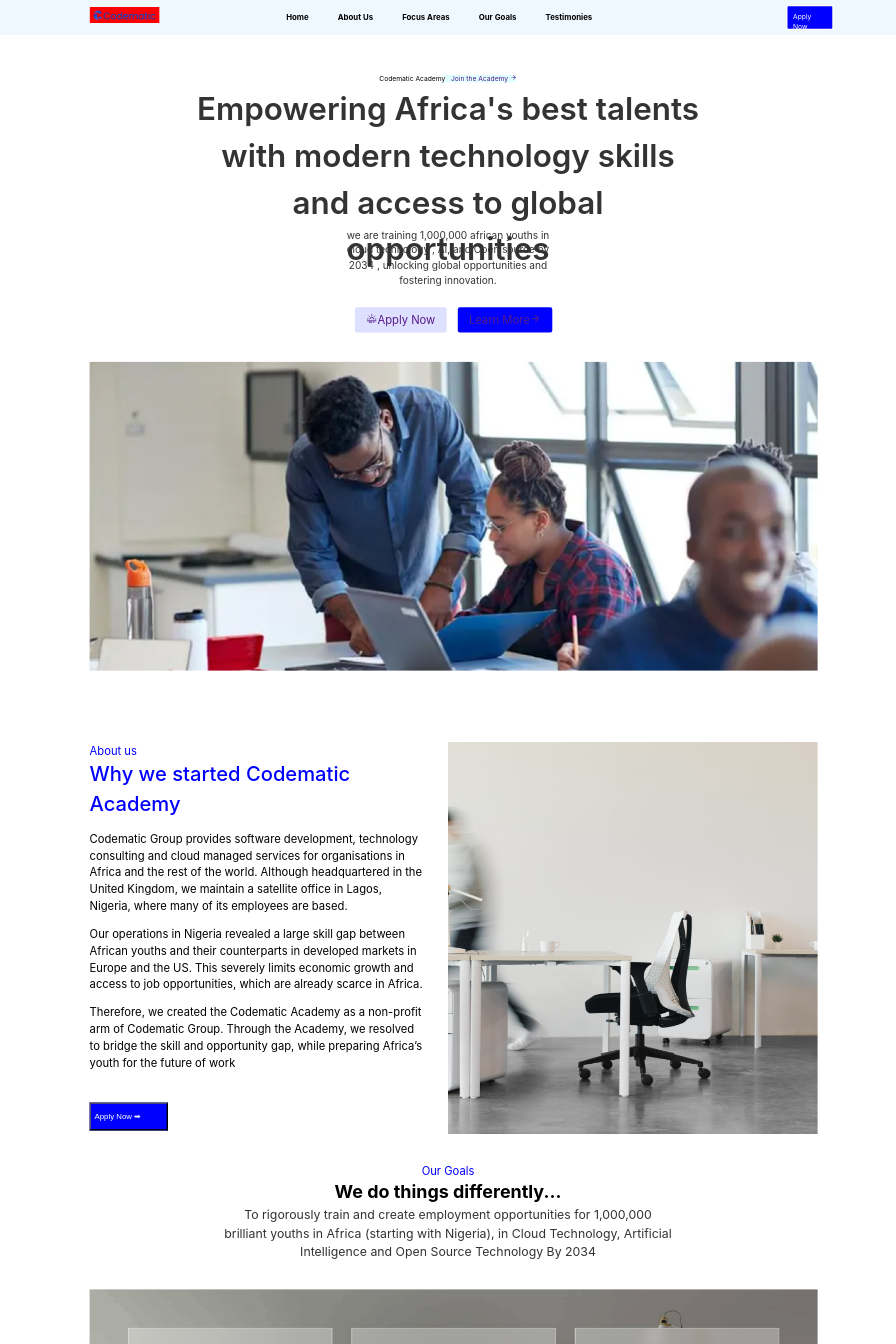
Repository: Gabriel221-dev/Codematic-page
Page: /
These files come from the project's save history. The page is drawn as it stood at one moment and after the next save; the edit follows.
The browser window is 1280 px wide. The pictures show the part of the page from y = 0 to 1920 px (the page is 4814 px tall before and 4790 px after), at 70% of full size.
The project was rebuilt for these pictures with package versions that can differ from the ones it lists, and the page was loaded fresh each time. Also part of the build but not shown: vite.config.js, src/App.css.

Above is the page before, as saved 2024-07-31 06:39:44.

### src/App.jsx
import "./App.css";
import Home from "./pages/home";
import Header from "./components/Header";
import Footer from "./components/Footer";
import { BrowserRouter as Router, Route, Routes } from "react-router-dom";
import "./styles/global.css";

const App = () => {
  return (
    <Router>
      <Header />
      <main>
        <Routes>
          <Route path="/" element={<Home />} />
        </Routes>
      </main>
      <Footer />
    </Router>
  );
};

export default App;

### src/index.css
:root {
  font-family: Inter, system-ui, Avenir, Helvetica, Arial, sans-serif;
  line-height: 1.5;
  font-weight: 400;

  /* color-scheme: light dark;
  background-color: #242424;
  background-color:turquoise; */

}

### src/components/Header.jsx
import { useState } from "react";
import { NavLink } from "react-router-dom";
import { FaBars } from "react-icons/fa";
import Sidebar from "./Sidebar";
import "./Header.css";
import { IconContext } from "react-icons";

const Header = () => {
  const [isSidebarToggled, setSidebarToggled] = useState(false);

  const handleToggle = () => {
    setSidebarToggled((prev) => !prev);
  };

  return (
    <>
      <IconContext.Provider value={{ color: "#fff" }}>
        <header className="header">
          <NavLink className="header__brand" to="/">
            <img
              className="header__logo"
              src="/public/Images/codematic-logo-dark-1536x351.png.png"
              alt="Logo"
              loading="eager"
              width="160"
            />
          </NavLink>
          <nav className="header__nav">
            <ul className="header__navigation">
              <li className="header__link">
                <NavLink
                  className={({ isActive }) =>
                    isActive
                      ? "header__anchor header__anchor--active"
                      : "header__anchor"
                  }
                  to="/"
                >
                  Home
                </NavLink>
              </li>
              <li className="header__link">
                <NavLink
                  className={({ isActive }) =>
                    isActive
                      ? "header__anchor header__anchor--active"
                      : "header__anchor"
                  }
                  to=""
                >
                  About Us
                </NavLink>
              </li>
              <li className="header__link">
                <NavLink
                  className={({ isActive }) =>
                    isActive
                      ? "header__anchor header__anchor--active"
                      : "header__anchor"
                  }
                  to=""
                >
                  Focus Areas
                </NavLink>
              </li>
              <li className="header__link">
                <NavLink
                  className={({ isActive }) =>
                    isActive
                      ? "header__anchor header__anchor--active"
                      : "header__anchor"
                  }
                  to=""
                >
                  Our Goals
                </NavLink>
              </li>
              <li className="header__link">
                <NavLink
                  className={({ isActive }) =>
                    isActive
                      ? "header__anchor header__anchor--active"
                      : "header__anchor"
                  }
                >
                  Testimonies
                </NavLink>
              </li>
            </ul>

            <button
              className="header__menu"
              title="Toggle Menu"
              onClick={handleToggle}
            >
              <FaBars />
            </button>
          </nav>
          <ul className="Btn">
            <NavLink className="header__btn" to="/contact">
              Apply Now
            </NavLink>
          </ul>
          <Sidebar isOpen={isSidebarToggled} onToggle={handleToggle} />
        </header>
      </IconContext.Provider>
    </>
  );
};

export default Header;

### src/components/Footer.jsx
import { Link } from "react-router-dom";
import "./Footer.css";
import { BsTwitterX } from "react-icons/bs";
import { FaLinkedin } from "react-icons/fa6";
import { FaFacebook } from "react-icons/fa";

const Footer = () => {
  return (
    <footer className="footer">
      <div>
        <container className="section-1">
          <div className="section1">
            <img
              className="footer__logo"
              src="/public/Images/codematic-logo-white 2.png"
              alt="Logo"
              loading="lazy"
              width="160"
            />

            <ul className="footer__navigation">
              <li className="footer__link">
                <Link className="link-anchor footer__anchor" to="">
                  About Us
                </Link>
              </li>
              <li className="footer__link">
                <Link className="link-anchor footer__anchor" to="">
                  Contact Us
                </Link>
              </li>
              <li className="footer__link">
                <Link className="link-anchor footer__anchor" to="">
                  Privacy Policy
                </Link>
              </li>
            </ul>
          </div>
        </container>
        <div className="divider"></div>
        <div className="section2">
          <div className="Left">
            <p>© 2024 Codematic. All rights reserved</p>.
          </div>
          <div className="bottom">
            <div className="icon">
              <BsTwitterX />
            </div>
            <div className="icon">
              <FaLinkedin />
            </div>
            <div className="icon">
              <FaFacebook />
            </div>
          </div>
        </div>
      </div>
    </footer>
  );
};

export default Footer;

### src/styles/global.css
* {
    padding: 0;
  }

  body {
    /* line-height: 1.6; */
    color: #333;
    background-color: white;
    padding: 0;
    margin: 0 ;
  }

  section{
    padding: 0 10%;
  }

### src/components/Sidebar.jsx
import PropTypes from "prop-types";
import { useNavigate } from "react-router-dom";
import { AiOutlineClose } from "react-icons/ai";
import "./Sidebar.css";
import { IconContext } from "react-icons";

const Sidebar = ({ isOpen, onToggle }) => {
  const navigate = useNavigate();

  const handleNavigate = (path) => {
    navigate(path);
    onToggle();
  };

  return (
    <IconContext.Provider value={{ color: "#fff" }}>
      <div className={`sidebar ${isOpen ? "sidebar--open" : ""}`}>
        <div className="sidebar__overlay" onClick={onToggle}></div>
        <div className="sidebar__content">
          <div className="sidebar__header">
            <button
              className="sidebar__close"
              title="Close Menu"
              onClick={onToggle}
            >
              <AiOutlineClose />
            </button>
          </div>

          <ul className="sidebar__navigation">
            <li className="sidebar__link">
              <button
                className="sidebar__anchor"
                onClick={() => handleNavigate("/")}
              >
                Home
              </button>
            </li>

            <li className="sidebar__link">
              <button
                className="sidebar__anchor"
                onClick={() => handleNavigate()}
              >
                About Us
              </button>
            </li>
            <li className="sidebar__link">
              <button
                className="sidebar__anchor"
                onClick={() => handleNavigate()}
              >
                Focus Areas
              </button>
            </li>
            <li className="sidebar__link">
              <button
                className="sidebar__anchor"
                onClick={() => handleNavigate()}
              >
                Testimonies
              </button>
            </li>
          </ul>

          <button className="sidebar__btn" onClick={() => handleNavigate()}>
            Apply Now
          </button>
        </div>
      </div>
    </IconContext.Provider>
  );
};

Sidebar.propTypes = {
  isOpen: PropTypes.bool.isRequired,
  onToggle: PropTypes.func.isRequired,
};

export default Sidebar;

### src/components/Header.css
.header {
    background-color:aliceblue;
    height: 1.1rem;
    display: flex;
    /* justify-content: space-between; */
    align-items: center;
    padding: 1rem 7rem;
  }

  @media only screen and (max-width: 850px) {
    .header {
        background-color:black;
      height: 150px;
      /* background-color:red; */
      align-items:left;
    }
  }

  @media only screen and (max-width: 576px) {
    .header {
        background-color:fuchsia;
      height: 50px;
    }
  }

  @media only screen and (max-width: 450px) {
    .header {
        background-color:green;
        height: 75px;
        width: 450px;
    }
  }

  .header__nav {
    align-items: center;
    display: grid;
    grid-template-columns: max-content 1fr max-content;
    align-items: center;
    font-size: .7rem;

    @media only screen and (max-width: 768px) {
      column-gap: 4rem;
    }

    @media only screen and (max-width: 576px) {
        grid-template-columns: repeat(2, 1fr);
        column-gap: 0;
    }
  }

  .header__logo {
    max-width: 100px;
    background-color:red;
    margin-left: 1rem;



    @media only screen and (max-width: 768px) {
      margin-right: 14rem;
      margin-left: -5rem;
    }

    @media only screen and (max-width: 440px) {
        margin-right: 14rem;
        margin-left: -5rem;
        background-color:palegoldenrod;
      }
  }

  .header__navigation {
    margin: 10rem;
    list-style: none;
    display: flex;
    align-items:center;
    /* margin: 0;
    padding: 0; */
    /* text-decoration: none; */
    justify-content: space-between;
    column-gap: -1rem;

    @media only screen and (max-width: 820px) {
      display: none;
    }
  }

  .header__link {
    margin: 1.3rem;
    text-decoration: none;
    display: flex;
    justify-content: space-between;
    /* width: 7rem; */
  }

  /* .header:last-child {
    margin-right: 0;
  } */

  .header__anchor {
    text-decoration: none;
    color: #333;
    font-weight: bold;
    text-align: center;
  }

  .header__anchor:hover{
    text-decoration: none;
  }

  .header__anchor--active {
    color: black;
}

.Btn{
    margin-left: 6rem;
    /* width: 15rem; */
}

  .header__btn {
    display: flex;
    justify-content: flex-end;
    font-size: .6rem;
    background-color: blue;
    border: 2px solid #fff;
    width: 3rem;
    height: 1rem;
    padding: .5rem .5rem .5rem .5rem;
    border-radius:3px;
    color: #fff;
    text-decoration: none;
    cursor: pointer;

    @media only screen and (max-width: 820px) {
      display: none;
    }
  }

  .header__btn:hover{
    background-color:white;
    color:blue;
    text-decoration: none;
    border-radius:16px;
    transform: scale(1.05);
    transition: transform 0.6s ease-in-out, border-bottom 0.6s ease;
  }

  .header__menu {
    display: none;

    @media only screen and (max-width: 820px) {
      display: flex;
      width: 50px;
      height: 28px;
      padding: .1rem;
      border: 0;
      outline: 0;
    }
  }

  .header__menu:hover{
    background:none;
  }

### src/components/Footer.css
.footer {
    background-color: rgb(4, 4, 55);
    padding: 0 0;
    position: relative;
}

.footer__logo {
    display: block;
    margin: 0 auto;
}

.footer__navigation {
    list-style: none;
    font-size: 0.8rem;
    padding: 0;
    display: flex;
    justify-content: center;
    margin: 1rem 0;
}

.footer__link {
    margin: 0 1rem;
}

.footer__anchor {
    text-decoration: none;
    color: white;
}

.section1 {
    text-align: center;
    padding: 2rem 0;
}

.section2 {
    position: relative;
    display: flex;
    justify-content: space-between;
    align-items: flex-end;
    padding: 1rem;
    height: 50px;
}

.footer p{
    color:#D0D5DD;
}


.footer .bottom {
    display: flex;
    gap: 1rem;
    /* padding-left: 1rem; */
    margin-bottom: 2rem;
}

.footer .icon {
    font-size: 1.5rem;
    display: flex;
    color:#D0D5DD;
}

.divider {
    width: 100%;
    border-bottom: 1px solid #000;
    margin: 2rem 0;
}

### src/components/Sidebar.css
.sidebar {
    display: none;
    width: 100%;
    height: 100%;
    position: fixed;
    top: 0;
    left: 0;
    z-index: 100;
    transition: all 0.3s ease;
  }

  .sidebar--open {
    display: grid;
    grid-template-columns: 1fr min-content;
  }

  .sidebar__overlay {
    grid-column: 1 / -1;
    grid-row: 1 / 2;
    background-color: rgba(0, 0, 0, 0.5);
    transition: background-color 0.3s ease;

  }

  .sidebar__content {
    grid-column: 2 / 3;
    grid-row: 1 / 2;
    background-color: #194c4c;
    width: 250px;
    display: grid;
    grid-template-rows: 128px repeat(2, min-content);
    grid-template-columns: 48px 1fr 25px;
    transition: width 0.3s ease;
    transition: width .4s ease;

  }

  .sidebar__header {
    grid-column: 2 / 3;
    justify-self: end;
    align-self: center;
  }

  .sidebar__close {
    background-color:#194c4c ;
    width: 30px;
    border: 0;
    outline: 0;
  }

  .sidebar__close:hover{
    background-color:#194c4c;
  }

  .sidebar__navigation {
    grid-column: 2 / 3;
    list-style: none;
    margin: 0;
    padding: 0;
  }

  .sidebar__link {
    margin-bottom: 2.4rem;
  }

  .sidebar__anchor {
    font-size: 1.1rem;
    color: #fff;
    background: transparent;
    border: none;
    text-decoration: none;
    cursor: pointer;
  }

  .sidebar__anchor:hover{
    background:none;
  }

  .sidebar__btn {
    grid-column: 2 / 3;
    background-color: transparent;
    border: 1px solid #fff;
    color: #fff;
    padding: 0.5rem 1rem;
    text-decoration: none;
    display: inline-block;
    cursor: pointer;
    width: 159px;
  }

  .sidebar__btn:hover{
    background:white;
    color:#194c4c;
    transform: scale(1.05);
    transition: transform 0.3s ease-in-out, border-bottom 0.6s ease;
  }

  .sidebar--open .sidebar__overlay {
    background-color: rgba(0, 0, 0, 0.5);
  }

  .sidebar--open .sidebar__content {
    width: 250px;
  }

  @media (max-width: 768px) {
    .header__menu {
      display: grid;
      background-color: transparent;
      width: 24px;
      border: 0;
      outline: 0;
      justify-self: end;
      align-self: center;
      margin-left: auto;
    }
  }

Loaded but not shown: index.html (common file); src/main.jsx (common file); src/pages/home.jsx (274 lines, source omitted); src/pages/Home.css (550 lines, source omitted)

After the next save:
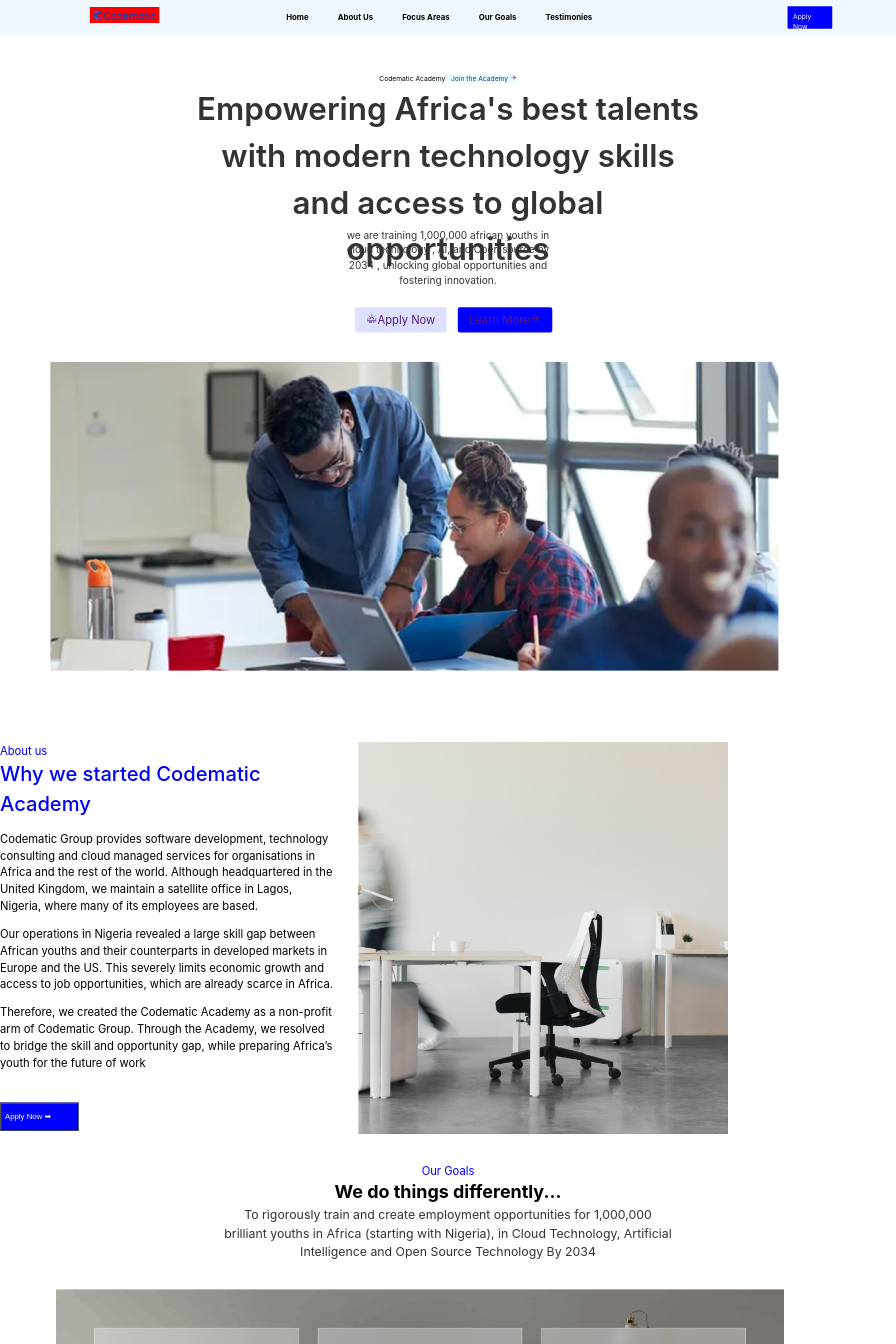
Saved 60 s later.
--- a/src/styles/global.css
+++ b/src/styles/global.css
@@ -11,5 +11,5 @@
   }
 
   section{
-    padding: 0 10%;
+    padding: 0 0;
   }

After the save that followed:
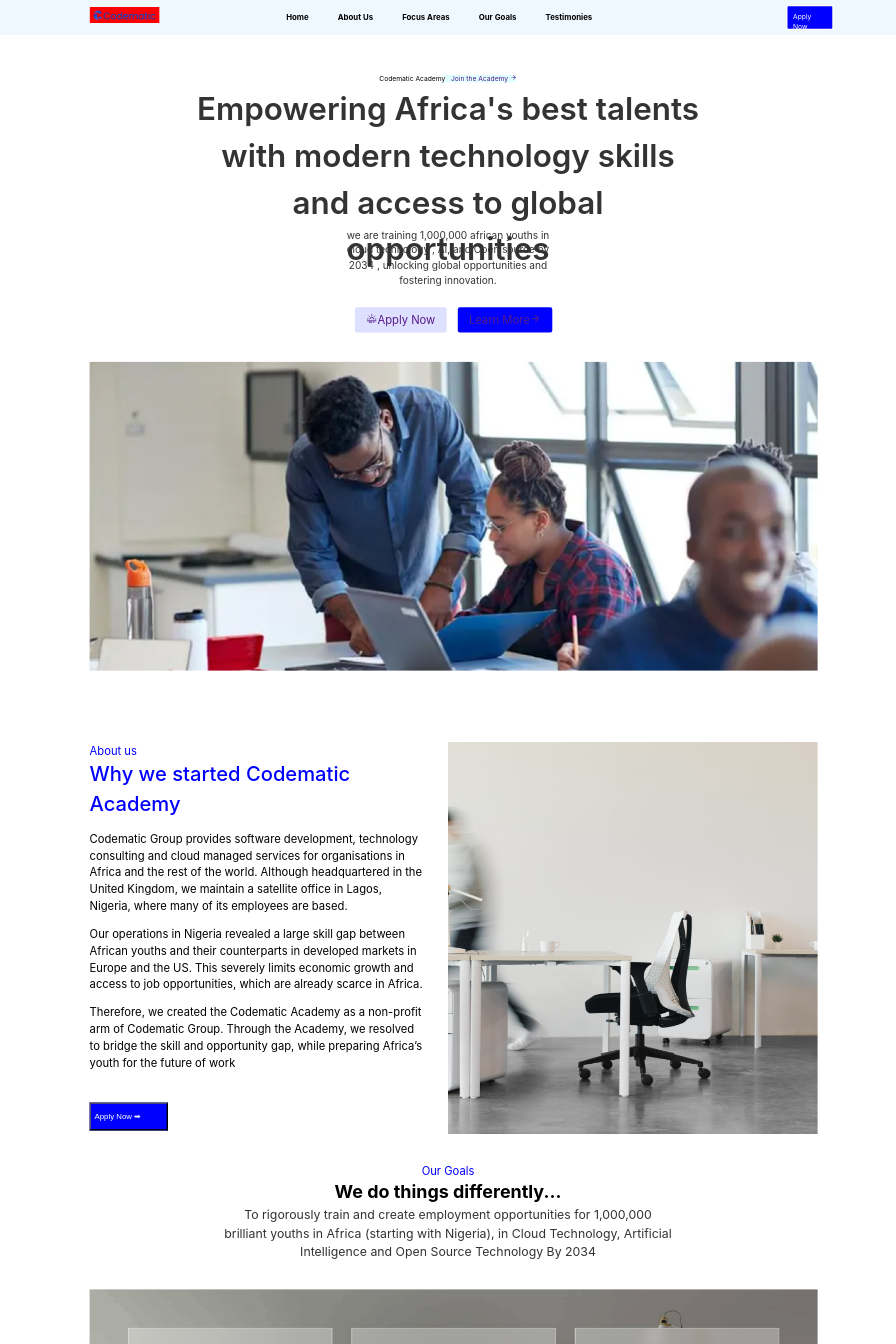
Saved 14 s later.
--- a/src/styles/global.css
+++ b/src/styles/global.css
@@ -11,5 +11,5 @@
   }
 
   section{
-    padding: 0 0;
+    padding: 0 10%;
   }
